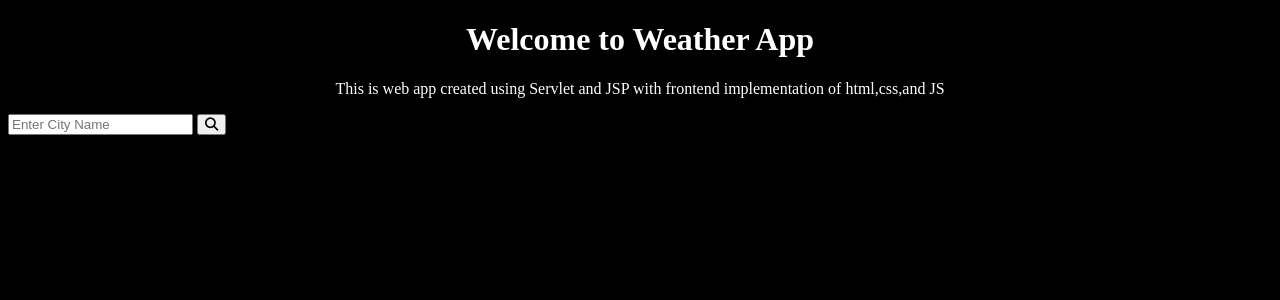
Repository: krv9/projects
Page: http://localhost/WeatherApp/
An editor plug-in stored every save of this project. The page is shown before and after the next save, followed by the edit.
The browser window is 1280 px wide. The pictures show the whole page.
The page is served by Tomcat 10. Other server files are loaded and not shown.

Above is the page before, as saved 2024-09-24 13:20:39.

### WeatherApp/src/main/webapp/index.html
<!DOCTYPE html>
<html>
<head>
 <meta charset="UTF-8">
    <meta http-equiv="X-UA-Compatible" content="IE=edge">
    <meta name="viewport" content="width=device-width, initial-scale=1.0">
    <title>Weather App</title>
    <link rel="stylesheet" href="https://cdnjs.cloudflare.com/ajax/libs/font-awesome/6.4.0/css/all.min.css" />
    <link rel="stylesheet" href="Style.css" />

</head>
<body>
<div class="container">
   		<h1 id="font">Welcome to Weather App</h1>
   		<p id="font">This is web app created using Servlet and JSP with frontend implementation of html,css,and JS</p>
        <form action="myservlet" method="post" class="searchInput">
            <input type="text" placeholder="Enter City Name" id="searchInput" name="city"/>
            <button id="searchButton"><i class="fa-solid fa-magnifying-glass"></i></button>
      </form>
 </div>

</body>
</html>

### WeatherApp/src/main/webapp/Style.css
@charset "UTF-8";
body{
	background:black;
}
.maincontainer{
	 width: 25rem;
  height: auto;
  border-radius: 1rem;
  background: #fff;
  box-shadow: 0 14px 28px rgba(0,0,0,0.25),
			0 10px 10px rgba(0,0,0,0.22);
}
#font{
	color:white;
	align-items: center;
  justify-content: center;
  text-align:center;
}

After the next save:
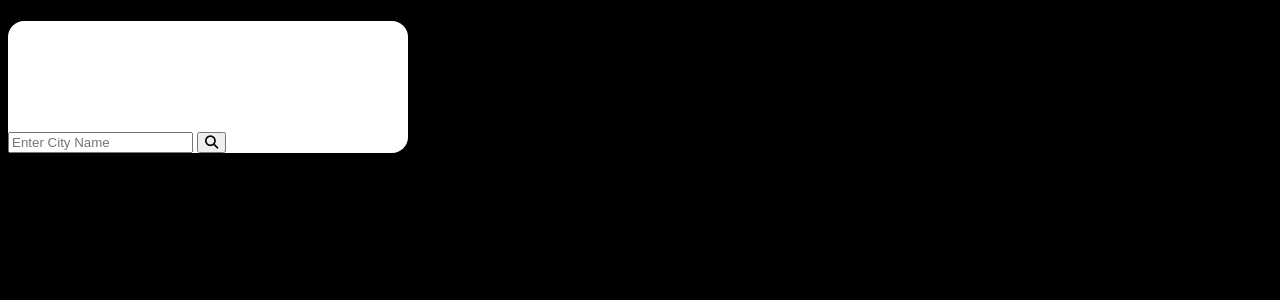
Saved 6 s later.
--- a/WeatherApp/src/main/webapp/Style.css
+++ b/WeatherApp/src/main/webapp/Style.css
@@ -2,7 +2,7 @@
 body{
 	background:black;
 }
-.maincontainer{
+.container{
 	 width: 25rem;
   height: auto;
   border-radius: 1rem;
